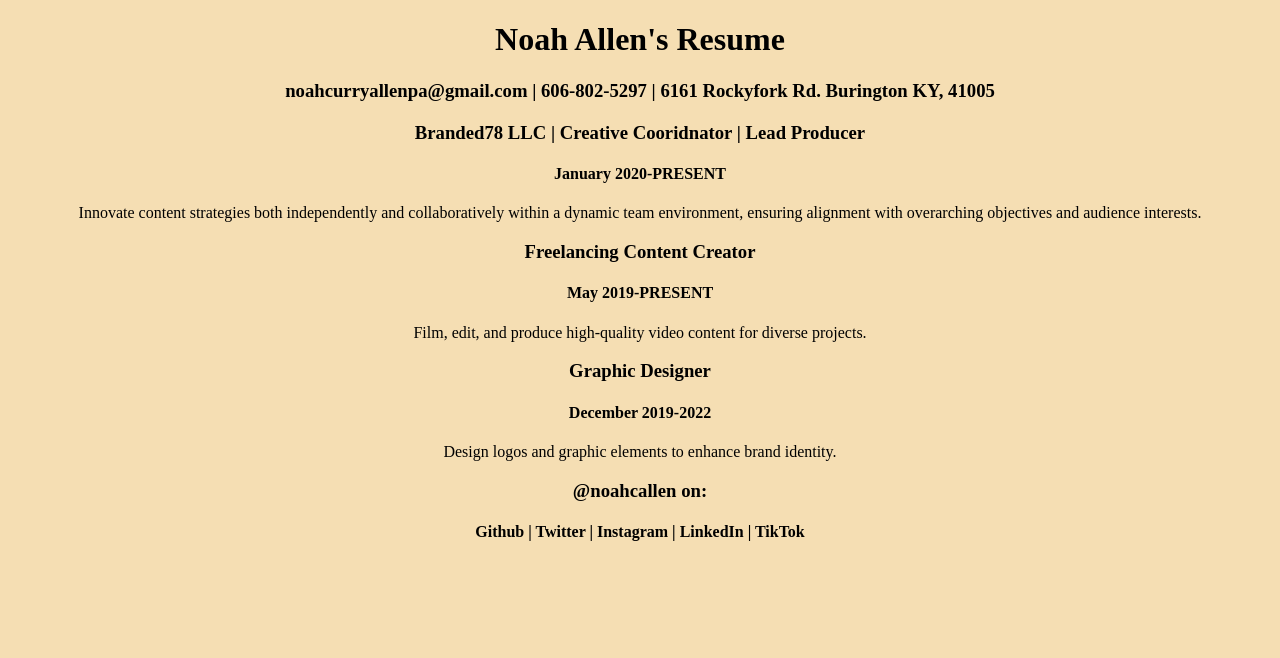
Repository: noahcallen/LAB-HTML-Resume
Page: index.html
An editor plug-in stored every save of this project. The page is shown before and after the next save, followed by the edit.
The browser window is 1280 px wide. The pictures show the whole page.

Above is the page before, as saved 2024-07-08 21:40:59.

After the next save:
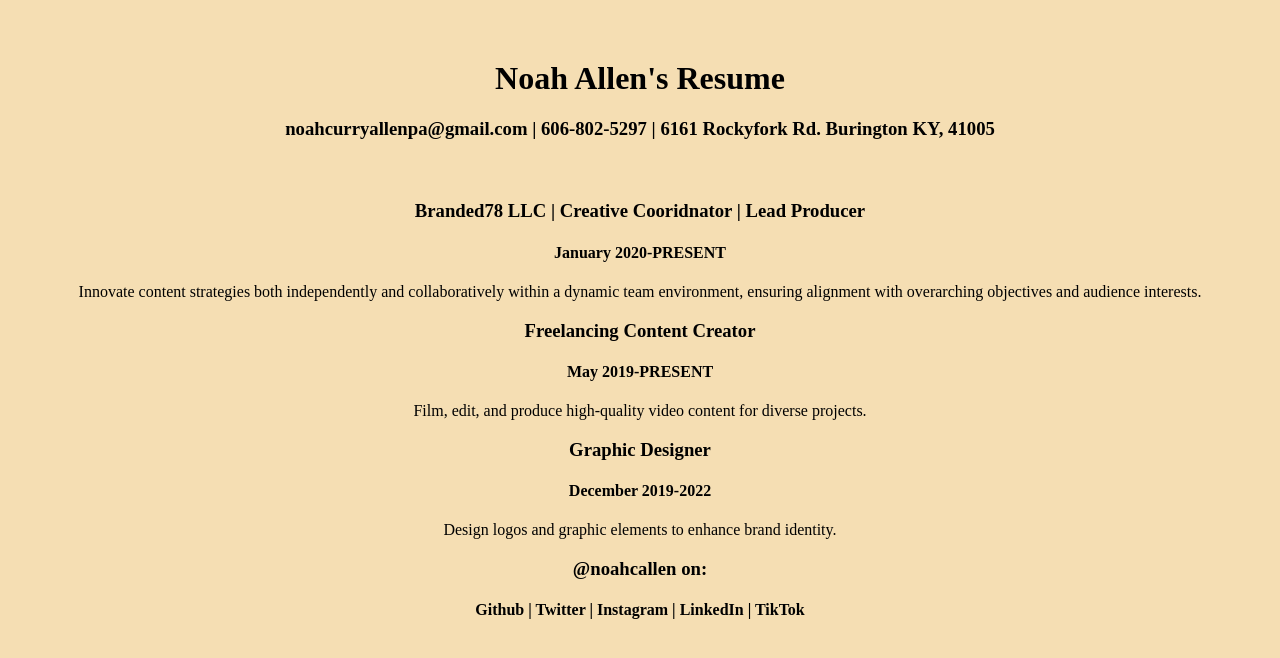
Saved 12 s later.
--- a/main.css
+++ b/main.css
@@ -4,5 +4,5 @@
 }
 
 .HEADER {
-  margin: 20px 0px 20px 0px;
+  margin: 60px 0px 60px 0px;
 }
